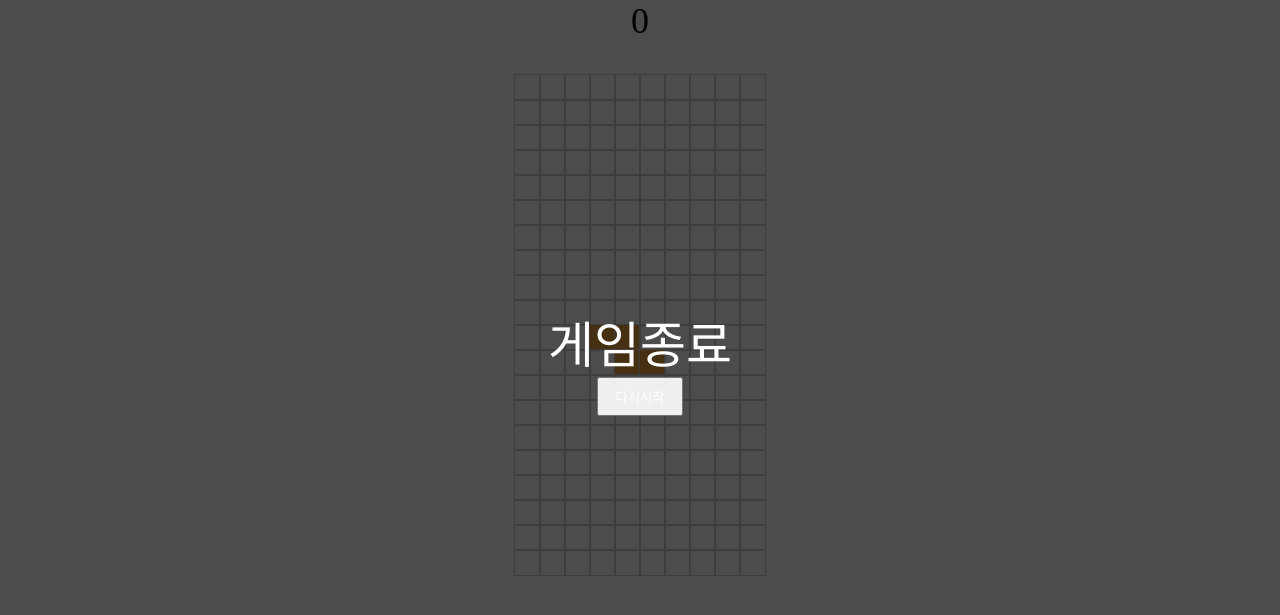
Repository: chlwpdnswku/tetris
Page: index.html
An editor plug-in stored every save of this project. The page is shown before and after the next save, followed by the edit.
The browser window is 1280 px wide. The pictures show the whole page.

Above is the page before, as saved 2022-12-14 00:20:07.

### index.html
<!DOCTYPE html>
<html lang="en">

<head>
    <meta charset="UTF-8">
    <meta http-equiv="X-UA-Compatible" content="IE=edge">
    <meta name="viewport" content="width=device-width, initial-scale=1.0">
    <link rel="stylesheet" href="style.css">
    <title>Document</title>

</head>

<body>
    <div class="wrapper">
        <div class="game-text">
            <span>게임종료</span>
            <button>다시시작</button>
        </div>
        <div class="score">0</div>
        <div class="playground">
            <!-- ul  -->
            <ul></ul>
        </div>

    </div>

    <!-- import 문을 사용하기위해서 type =module -->
    <script src="script.js" type="module"></script>
</body>

</html>

### style.css
* {
  margin: 0;
  padding: 0;
}
ul {
  list-style: none;
}
body {
  height: 100%;
  overflow: hidden;
}
.game-text {
  display: flex;
  justify-content: center;
  align-items: center;
  flex-direction: column;
  position: fixed;
  width: 100%;
  height: 100%;
  background: rgba(0, 0, 0, 0.7);
  left: 0;
  top: 0;
  color: #fff;
  font-size: 50px;
}
.game-text > button {
  padding: 0.5rem 1rem;
  color: #fff;
  background: ;
}

.score {
  text-align: center;
  font-size: 36px;
  margin-bottom: 2rem;
}
.playground > ul {
  border: 1px solid #333;
  width: 250px;
  margin: 0 auto;
}
.playground > ul > li {
  width: 100%;
  height: 25%;
}

.playground > ul > li > ul {
  display: flex;
}
.playground > ul > li > ul > li {
  width: 25px;
  height: 25px;
  outline: 1px solid #ccc;
}
.tree {
  background: #67c23a;
}

/* 스타일 입력때문에  다른 블록들이 안보이는거였음 */
.bar {
  background: #ff8c69;
}
.square {
  background: #baaad7;
}
.zee {
  background: #e6a23c;
}
.elLeft {
  background: #8e44ad;
}

.elRight {
  background: #16a085;
}

### script.js
import BLOCKS from './js/blocks.js';
// DOM element
const playground = document.querySelector('.playground > ul');
const gameText = document.querySelector('.game-text');
const scoreDisPlay = document.querySelector('.score');

// console.log(playground);

// setting
const GAME_ROWS = 20;
const GAME_COLS = 10;

// variables
let score = 0;
let duration = 500;
let downInterval;
let tempMovingItem;

// 좌료를 바꾸면 모양이 바뀐다.

const movingItem = {
  type: '',
  direction: 3,
  top: 0,
  left: 0,
};

// functions

init();
// 맨처음 시작하는 함수 10개의 20개의 줄을 저장
function init() {
  // object entries 를선언을 해야 사용이된다
  //   console.log(Object.entries(BLOCKS).length);
  //   const blockArray = Object.entries(BLOCKS);
  //   const rendomIndex = Math.floor(Math.random() * blockArray.length);
  //   console.log(blockArray[rendomIndex][0]);

  //   console.log(blockArray);
  //   blockArray.forEach((block) => console.log(block[0]));
  //   console.log(rendomIndex);

  // 값만 가져와서 넣어줌
  tempMovingItem = { ...movingItem };
  //   movingItem.left = 3;
  //   console.log(tempMovingItem);
  for (let i = 0; i < GAME_ROWS; i++) {
    prependNewLine();
  }
  // 하나씩 아래로 내려가는 것을 구현
  generateNewBlock();
}

//
function prependNewLine() {
  const li = document.createElement('li');
  const ul = document.createElement('ul');

  for (let j = 0; j < GAME_COLS; j++) {
    const matrix = document.createElement('li');
    // ul -> li
    ul.prepend(matrix);
  }
  li.prepend(ul);
  playground.prepend(li);
}

// moveType 인자 넘겨받아야됨 보내지않을경우에는 moveType을 초기값을 넣어줌
function renderBlocks(moveType = '') {
  const { type, direction, top, left } = tempMovingItem;
  //   console.log(BLOCKS[type][direction]);

  const movingBlocks = document.querySelectorAll('.moving');

  //   4개의 무빙이 찍힘
  movingBlocks.forEach((moving) => {
    // 이러면 css에의해서 트리 클래스가없는 애들은 빈값이됨
    moving.classList.remove(type, 'moving');
    // console.log(moving);
  });

  // 즉 forEach 문으로 ->some 으로 사용해서 return true 를 써가지고
  // 중간에 빈값이면 랜더링 할 필요가 없어서 some 을 사용해서 원하는 시점에 반복문 중단하고 다시실행 renderblocks()
  BLOCKS[type][direction].some((block) => {
    const x = block[0] + left;
    const y = block[1] + top;
    // console.log({ playground });
    // ul안에 chileNodes ->이 렇게 가는거임 0번은 li임
    // target은 tree 클래스 부여 즉 tree를  class를 줘서 css 를 변경?
    const target = playground.childNodes[y]
      ? playground.childNodes[y].childNodes[0].childNodes[x]
      : null;

    const isAvailable = checkEmpty(target);
    // console.log(target);
    //  가능한 상태이면?
    if (isAvailable) {
      target.classList.add(type, 'moving');
    } else {
      // 원상복구 시키고 재귀함수를 호출할거임 ! 좌표를 원상태로 하고 부르기
      tempMovingItem = { ...movingItem };
      //   이벤트가 전부 실행이되고 스택을 집어넣는용도 무한스텍이 불러주는 용도 막기!
      if (moveType === 'retry') {
        // 인터벌을 멈추고
        clearInterval(downInterval);
        // 게임 텍스트를 보여줌
        showGameoverText();
      }
      setTimeout(() => {
        renderBlocks('retry');
        if (moveType === 'top') {
          seizeBlock();
        }
      }, 0);
      return true;
      //   renderBlocks();
    }
  });
  movingItem.left = left;
  movingItem.top = top;
  movingItem.direction = direction;
  //   console.log(type, direction, top, left);
}

// 밑으로 떨어질 때에 블록 고정 함수 호출

function seizeBlock() {
  // getselector를 써서 오류가 났었음 !
  const movingBlocks = document.querySelectorAll('.moving');
  movingBlocks.forEach((moving) => {
    moving.classList.remove('moving');
    moving.classList.add('seized');
  });
  checkMatch();
  //  generateNewBlock();
}
function checkMatch() {
  // 일단 전체의 차일드 노드를 가져옴 -> ul 에 foreach를 또돌림
  const chileNodes = playground.childNodes;
  chileNodes.forEach((child) => {
    let matched = true;
    child.children[0].childNodes.forEach((li) => {
      // 이클래스가없다고하면 줄이 완성이 안된거임
      if (!li.classList.contains('seized')) {
        matched = false;
      }
    });
    if (matched) {
      child.remove();
      // 이게 바로 없어지는 순간 바로 한줄이 생기는 구조임
      prependNewLine();
    }
  });
  generateNewBlock();
}
// 새로운 블럭이 생기는 것
// 타입도 바꿔주기
function generateNewBlock() {
  // 위로가는 모양을 1씩 증가시킴 즉 하나씩 내려가는 테트리스틀 표현
  clearInterval(downInterval);
  downInterval = setInterval(() => {
    moveBlock('top', 1);
  }, duration);

  const blockArray = Object.entries(BLOCKS);
  const rendomIndex = Math.floor(Math.random() * blockArray.length);
  console.log(blockArray[rendomIndex][0]);
  //랜덤 인덱스 생성 타입을 랜덤한 번호로 설정을 한다
  movingItem.type = blockArray[rendomIndex][0];
  movingItem.top = 0;
  //   중간 지역으로 보내기 !
  movingItem.left = 3;
  movingItem.direction = 0;
  tempMovingItem = { ...movingItem };
  renderBlocks();
}

function checkEmpty(target) {
  if (!target || target.classList.contains('seized')) {
    return false;
  }
  return true;
}

// 인자들을 받고 moveBlock일때에만 renderBlocks 를 해주고
function moveBlock(moveType, amount) {
  // left를 바꿔줌 이게 증가함에 따라 움직임 하지만 색칠이됨 이동하고
  // 남은 클래스 부분들을삭제를해야됨
  tempMovingItem[moveType] += amount;
  renderBlocks(moveType);
}

function checkDirection() {
  const direction = tempMovingItem.direction;
  direction === 3
    ? (tempMovingItem.direction = 0)
    : (tempMovingItem.direction += 1);
  renderBlocks();
}

function dropBlock() {
  // 현재 돌아가고 있는 인터벌을 끄고 빠른속도로 블록을 내림
  clearInterval(downInterval);
  downInterval = setInterval(() => {
    moveBlock('top', 1);
  }, 10);
}

function showGameoverText() {
  gameText.style.display = 'flex';
}

// 이벤트 핸들링 키를 움직이면 이벤트 객체가 생김 keyCode를 이용해서 각각의 함수를 실행을 시킬거임
document.addEventListener('keydown', (e) => {
  switch (e.keyCode) {
    case 39:
      moveBlock('left', 1);
      break;
    case 37:
      moveBlock('left', -1);
      break;
    case 38:
      checkDirection();
      break;
    case 40:
      moveBlock('top', 1);
      break;

    case 32:
      dropBlock();
      break;
    default:
      break;
  }
  //   console.log(e);
});

// direction keycode and 방향키 키코드
// https://stackoverflow.com/questions/5597060/detecting-arrow-key-presses-in-javascript
//  아래 밑에를 벗어나거나 엘리먼트를 넘어갈때 ? 에러처리 를 해줌
// childNodes[y]가 넘어갈때 target변수가 없을경우 처리해주는 방법

### js/blocks.js
const BLOCKS = {
  tree: [
    [
      [1, 0],
      [0, 1],
      [1, 1],
      [2, 1],
    ],
    [
      [1, 0],
      [0, 1],
      [1, 1],
      [1, 2],
    ],
    [
      [2, 1],
      [0, 1],
      [1, 1],
      [1, 2],
    ],
    [
      [2, 1],
      [1, 2],
      [1, 1],
      [1, 0],
    ],
  ],

  square: [
    [
      [0, 0],
      [0, 1],
      [1, 0],
      [1, 1],
    ],
    [
      [0, 0],
      [0, 1],
      [1, 0],
      [1, 1],
    ],
    [
      [0, 0],
      [0, 1],
      [1, 0],
      [1, 1],
    ],
    [
      [0, 0],
      [0, 1],
      [1, 0],
      [1, 1],
    ],
  ],
  bar: [
    [
      [1, 0],
      [2, 0],
      [3, 0],
      [4, 0],
    ],
    [
      [2, -1],
      [2, 0],
      [2, 1],
      [2, 2],
    ],
    [
      [1, 0],
      [2, 0],
      [3, 0],
      [4, 0],
    ],
    [
      [2, -1],
      [2, 0],
      [2, 1],
      [2, 2],
    ],
  ],

  zee: [
    [
      [0, 0],
      [1, 0],
      [1, 1],
      [2, 1],
    ],
    [
      [0, 1],
      [1, 0],
      [1, 2],
      [0, 2],
    ],
    [
      [0, 1],
      [1, 1],
      [1, 2],
      [2, 2],
    ],
    [
      [2, 0],
      [2, 1],
      [1, 1],
      [1, 2],
    ],
  ],

  elLeft: [
    [
      [0, 0],
      [0, 1],
      [1, 1],
      [2, 1],
    ],
    [
      [1, 0],
      [1, 1],
      [1, 2],
      [0, 2],
    ],
    [
      [0, 1],
      [1, 1],
      [2, 1],
      [2, 2],
    ],
    [
      [1, 0],
      [2, 0],
      [1, 1],
      [1, 2],
    ],
  ],

  elRight: [
    [
      [1, 0],
      [2, 0],
      [1, 1],
      [1, 2],
    ],
    [
      [0, 0],
      [0, 1],
      [1, 1],
      [2, 1],
    ],
    [
      [0, 2],
      [1, 0],
      [1, 1],
      [1, 2],
    ],
    [
      [0, 1],
      [1, 1],
      [2, 1],
      [2, 2],
    ],
  ],
};

export default BLOCKS;

After the next save:
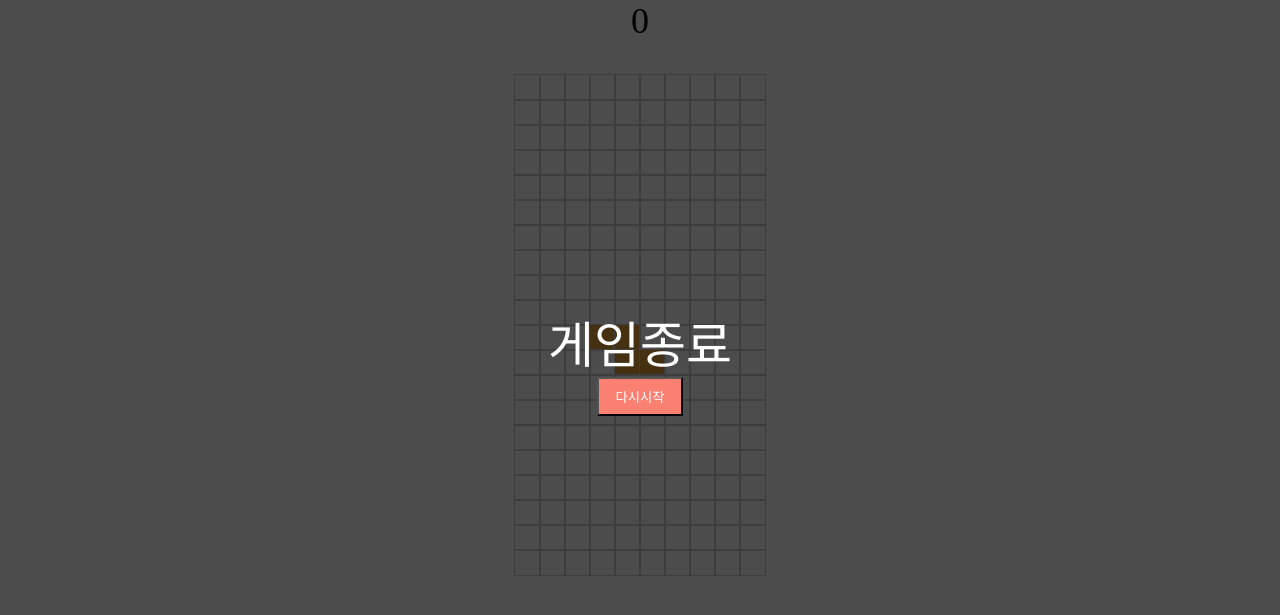
Saved 5 s later.
--- a/style.css
+++ b/style.css
@@ -26,7 +26,7 @@ body {
 .game-text > button {
   padding: 0.5rem 1rem;
   color: #fff;
-  background: ;
+  background: salmon;
 }
 
 .score {
